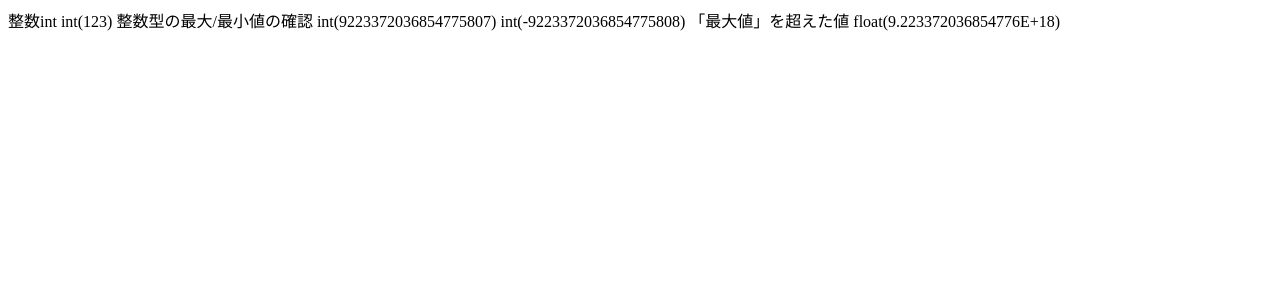
Repository: eri-seisaku/php
Page: http://localhost/type_int.php
The author's editor kept a record of every edit. The page is drawn from the files as they stood at one moment, then again after the next edit.
The browser window is 1280 px wide. The pictures show the whole page.
The page is run by PHP 8.4 with error messages shown; the project is at /var/www/html/.

Above is the page before.

### type_int.php
<?php

// 整数型の確認
echo "整数int \n";
$i = 123;
var_dump($i);

// 整数型の最大/最小値の確認
echo "整数型の最大/最小値の確認 \n";
var_dump(PHP_INT_MAX);
var_dump(PHP_INT_MIN);

// 「最大値」を超えた値はどうなる？
echo "「最大値」を超えた値 \n";
$over_max = PHP_INT_MAX +1;
var_dump($over_max);

// 「最小値」を下回った値はどうなる？


?>

After the next edit:
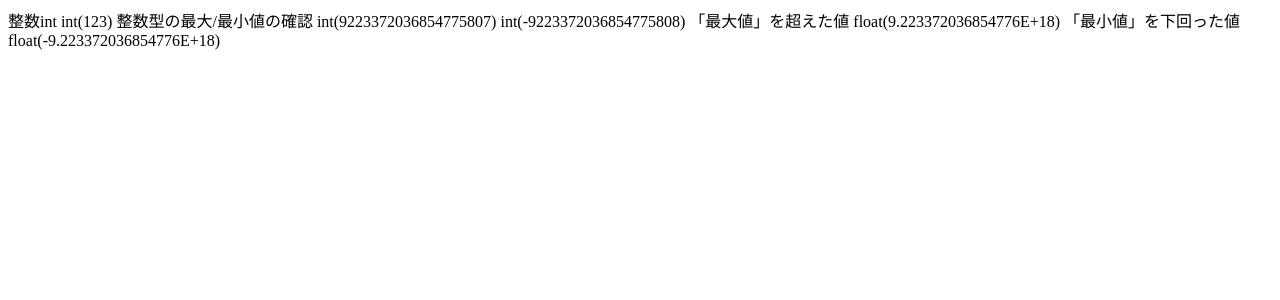
The edit:
--- a/type_int.php
+++ b/type_int.php
@@ -16,6 +16,8 @@
 var_dump($over_max);
 
 // 「最小値」を下回った値はどうなる？
-
+echo "「最小値」を下回った値 \n";
+$under_min = PHP_INT_MIN -1;
+var_dump($under_min);
 
 ?>
